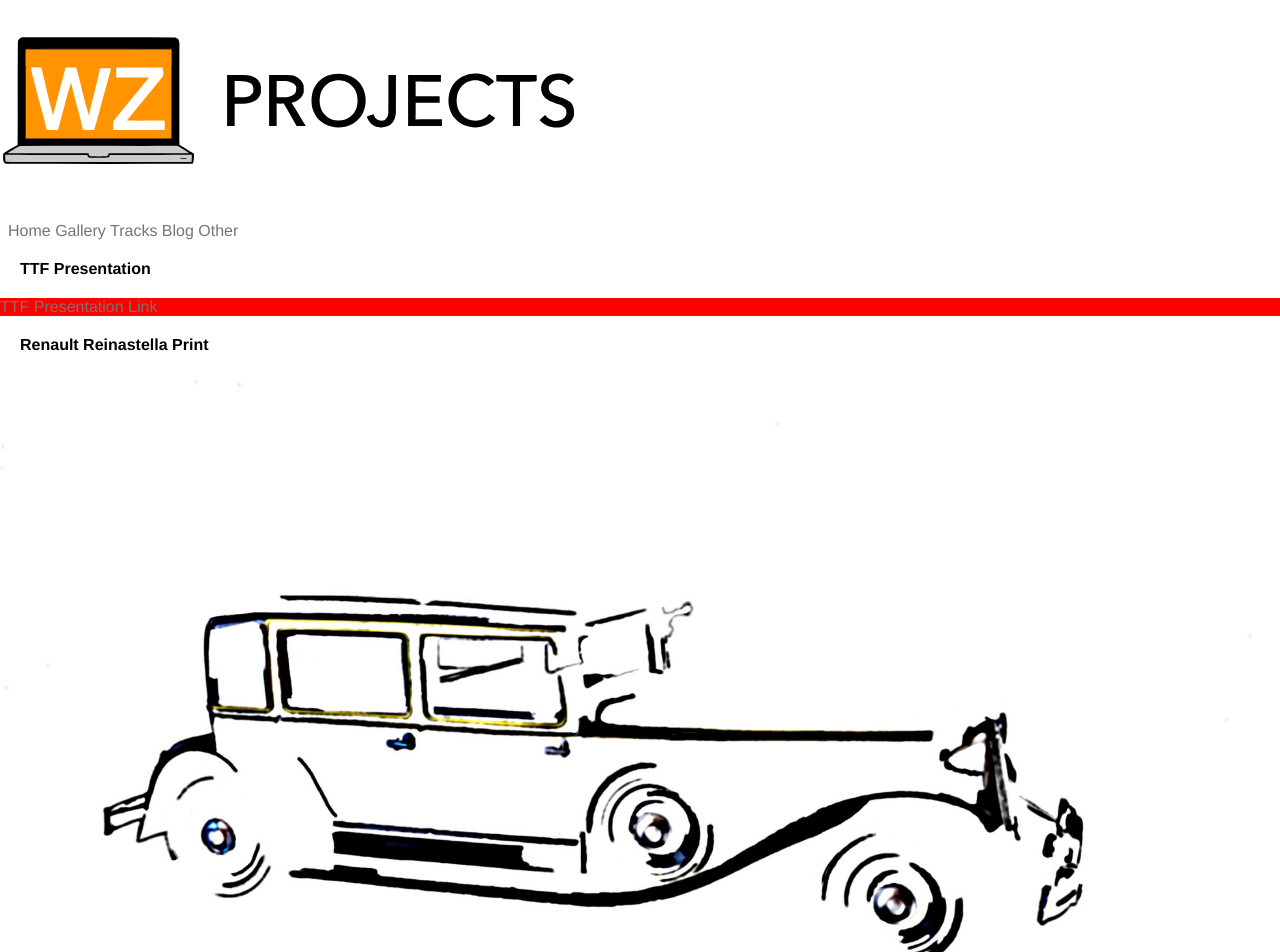
Repository: willzhang05/willzhang05.github.io-old
Page: index-old-backup.html
The author's editor kept a record of every edit. The page is drawn from the files as they stood at one moment, then again after the next edit.
The browser window is 1280 px wide. The pictures show the part of the page from y = 0 to 952 px (the page is 2382 px tall before and 2172 px after).

Above is the page before.

### index-old-backup.html
<!DOCTYPE html>
<html>
	<script type="text/javascript">
	</script>
	<head>
		<meta property="og:image" content="images/WZProjectslogo-vector.svg"/>
		<meta property="og:image:secure_url" content="images/WZProjectslogo-vector.svg"/>
		<meta charset="UTF-8">
		<meta name="description" content="William Zhang Projects">
		<meta name="author" content="William Zhang">

		<link rel="icon" type="image/png" href="https://www.blogger.com/favicon-image.g?blogID=6274754737357801226">
		<link rel="stylesheet" href="main-style.css">
		<link rel="import" href="bower_components/polymer/polymer.html">
		<link rel="import" href="bower_components/paper-ripple/paper-ripple.html">
		<link rel="import" href="bower_components/core-icons/core-icons.html">
		<link rel="import" href="bower_components/font-roboto/roboto.html">
		<link rel="import" href="bower_components/paper-menu-button/paper-menu-button.html">
		<link rel="import" href="bower_components/paper-dropdown/paper-dropdown.html">
		<link rel="import" href="bower_components/paper-elements/paper-elements.html">
		<link rel="import" href="bower_components/core-menu/core-menu.html">
		<link rel="import" href="bower_components/core-dropdown-menu/core-dropdown-menu.html">
		<link rel="import" href="bower_components/paper-shadow/paper-shadow.html">
	</head>
	<title>Home - WZProjects</title>
	<body>
		<div class="header">
			<a href="http://willzhang05.github.io">
				<div class="logo">
					<img src="images/WZProjectslogo-vector.svg" width="640" height="200" alt="WZProjects"/>
				</div>
			</a>
		</div>
		<br/>
		<paper-shadow z="1">
			<div class="topbanner">
				<paper-menu-button>
					<paper-icon-button style="margin:4px;" icon="menu" role="button" tabindex="0" aria-label="menu">
						<paper-ripple></paper-ripple>
					</paper-icon-button>
					<paper-dropdown class="dropdown">
							<paper-item>
								<a class="links" href="http://willzhang05.github.io">
									Home
								</a>
							</paper-item>
							<paper-item>
								<a class="links" href="gallery.html">
									Gallery
								</a>
							</paper-item>
							<paper-item>
								<a class="links" href="tracks.html">
									Tracks
								</a>
							</paper-item>
							<paper-item>
								<a class="links" href="http://thewiztechblog.blogspot.com/">
									Blog
								</a>
							</paper-item>
							<paper-item>
								<a class="links" href="other.html">
									Other
								</a>
							</paper-item>
					</paper-dropdown>
				</paper-menu-button>
			</div>
		</paper-shadow>
		<!--<paper-shadow class="shadow" z="0" animated>-->
		<paper-shadow z="1">
			<div class="content">
				<h1 style="padding:15px;">TTF Presentation</h1>
				<div style="background-color:red; border:none;">
					<a class="source" href="http://willzhang05.github.io/bower_components/impress.js/">
						<paper-item>
							TTF Presentation Link
						</paper-item>
					</a>
				</div>
			</div>
		</paper-shadow>
		<paper-shadow z="1">
			<div class="content">
				<h1 style="padding:15px;">Renault Reinastella Print</h1>
				<div class="image">
					<img src="images/renault-reinastella-print-optimized.jpg" width="97.8%" height="55%" alt="Renault Reinastella Print"/>
				</div>
				<div style="padding:15px;">
					<span>
						Made with Adobe Photoshop CS2.
						<br />
						This work is licensed under a
						<a class="source" rel="license" href="http://creativecommons.org/licenses/by/4.0/" target="_blank">Creative Commons Attribution 4.0 International License</a>.
					</span>
				</div>
			</div>
		</paper-shadow>
		<paper-shadow z="1">
			<div class="content">
				<h1 style="padding:15px;">Saints Row IV Gameplay</h1>
				<div class="video">
					<iframe width="100%" height="360px" style="border:none;" src="https://www.youtube.com/embed/M_jKscIiPVo?rel=0&fs=1" webkitallowfullscreen mozallowfullscreen allowfullscreen>
					</iframe>
				</div>
				<div style="padding:15px;">
					<span>
						Professor Genki's Mind Over Murder, a minigame within Saints Row IV.
					</span>
				</div>
			</div>
		</paper-shadow>
		<paper-shadow z="1">
			<div class="content">
				<h1 style="padding:15px;">BeamNG.drive Gameplay</h1>
				<div class="video">
					<iframe width="100%" height="360px" style="border:none;" src="https://www.youtube.com/embed/0Np-dQfyBwY?rel=0&fs=1" webkitallowfullscreen mozallowfullscreen allowfullscreen>
					</iframe>
				</div>
				<div style="padding:15px;">
					<span>This game is still in early development. Visit the website here:
						<a class="source" href="http://beamng.com/" target="_blank">BeamNG.drive</a>.
					</span>
				</div>
			</div>
		</paper-shadow>
		<!--</paper-shadow>-->
		<paper-shadow z="1">
			<div class="content">
				<paper-item>
					<canvas id="myCanvas" class="test">
					</canvas>
					<script>

					</script>
				</paper-item>
			</div>
		</paper-shadow>
		<div class="footer">
			<div class="categories">
				<paper-shadow z="1">
					<paper-item style="width:20%; float:left; text-align:center;">
						<a class="links" href="http://willzhang05.github.io">
							Home
						</a>
					</paper-item>
					<paper-item style="width:20%; float:left; text-align:center;">
						<a class="links" href="gallery.html">
							Gallery
						</a>
					</paper-item>
					<paper-item style="width:20%; float:left; text-align:center;">
						<a class="links" href="tracks.html">
							Tracks
						</a>
					</paper-item>
					<paper-item style="width:20%; float:left; text-align:center;">
						<a class="links" href="http://thewiztechblog.blogspot.com">
							Blog
						</a>
					</paper-item>
					<paper-item style="width:20%; float:left; text-align:center;">
						<a class="links" href="other.html">
							Other
						</a>
					</paper-item>
				</paper-shadow>
			</div>
			<paper-shadow z="1">
				<div class="attribution">
					<br/>
					<span style="margin-left:15px; display:inline-block;">
						Polymer Web Components used under the
						<a class="source" href="http://polymer.github.io/LICENSE.txt" target="_blank">BSD license</a>.
						Material Design components available here:
						<a class="source" href="http://www.polymer-project.org/" target="_blank">Polymer Project</a>.
					</span>
				</div>
			</paper-shadow>
		</div>
	</body>
</html>

### main-style.css
/*http://meyerweb.com/eric/tools/css/reset/*/

html, body, div, span, applet, object, iframe,
h2, h3, h4, h5, h6, p, blockquote, pre,
a, abbr, acronym, address, big, cite, code,
del, dfn, em, img, ins, kbd, q, s, samp,
small, strike, strong, sub, sup, tt, var,
b, u, i, center,
dl, dt, dd, ol, ul, li,
fieldset, form, label, legend,
table, caption, tbody, tfoot, thead, tr, th, td,
article, aside, canvas, details, embed,
figure, figcaption, footer, header, hgroup,
menu, nav, output, ruby, section, summary,
time, mark, audio, video {
    margin: 0;
    padding: 0;
    border: 0;
    font-size: 100%;
    font: inherit;
    vertical-align: baseline;
}

body {
	width: 100%;
	font-family: RobotoDraft, Helvetica Neue, Helvetica, sans-serif;
	-webkit-user-select: none;
    -moz-user-select: none;
    -ms-user-select: none;
    user-select: none;
    -webkit-tap-highlight-color: rgba(0,0,0,0);
    -webkit-touch-callout: none;
}

a {
	color: #757575;
	text-decoration: none;
	-webkit-transition: all 0.2s ease;
  	-moz-transition: all 0.2s ease;
  	-ms-transition: all 0.2s ease;
  	-o-transition: all 0.2s ease;
   	transition: all 0.2s ease;
}

.links:hover {
	color: black;
	font-weight: bold;
}

.source:hover {
	color: black;
	text-decoration: underline;
}

h1 {
	font-size: 16px;
	margin: 5px;
}

iframe {
	display: block;
	width: 100%;
	border: none;
}

#drawer {
	position: absolute;
	z-index: 1;
	background-color: #D4D4D4;
}

#drawer > paper-item > .links {
	margin-left:15px;
}


#wrapper {
	min-height: 100%;
	position: relative;
	overflow-y:scroll;
    z-index: 0;
    top: 0;
    left: 0;
    -webkit-transition: all 0.3s;
    -moz-transition: all 0.3s;
    -ms-transition: all 0.3s;
    -o-transition: all 0.3s;
    transition: all 0.3s;
}

#header-wrapper {
	height:268px;
	/*background:linear-gradient(#FF6D00, rgb(57,117,215));*/
}

#header-banner {
	min-width:100%;
	height: 220px;
	float: left;
	clear: both;
	background-color: rgb(57,117,215);
}

#logo-wrapper {
	max-width:640px;
	height:100%;
}

#header-navbar {
	min-width:100%;
	height: 48px;
	float:left;
	clear: both;
	background-color:#D4D4D4 /*#1976D2*/;
	/*-webkit-box-shadow: 0 0 6px rgba(0,0,0,0.1);
	box-shadow: 0 0 6px rgba(0,0,0,0.1);*/
}

.sidebar {
	height: 500px;
	float: left;
	margin-bottom: 0px;
	background-color: #EEEEEE;
	/*-webkit-box-shadow: 0 0 6px rgba(0,0,0,0.1);
	box-shadow: 0 0 6px rgba(0,0,0,0.1);*/
	overflow-y: auto;
	position: relative;
}

#content {
	overflow: hidden;
	padding-top: 10px;
   	padding-bottom: 148px;
}

.card {
	cursor: pointer;
	width: 70%;
	margin-top: 2%;
	margin-bottom: 2%;
	margin-left: 15%;
	float: left;
	overflow: hidden;
	background-color: #EEEEEE;
	-webkit-box-shadow: 0 0 6px rgba(0,0,0,0.1);
	-moz-box-shadow: 0 0 6px rgba(0,0,0,0.1);
	box-shadow: 0 0 6px rgba(0,0,0,0.1);
	-webkit-transition: all 0.3s ease;
  	-moz-transition: all 0.3s ease;
  	-ms-transition: all 0.3s ease;
  	-o-transition: all 0.3s ease;
   	transition: all 0.3s ease;

}

.card > h1 {
	padding: 15px;
}

.card:hover {
	-webkit-box-shadow: 0 2px 10px 0 rgba(0, 0, 0, 0.16), 0 2px 5px 0 rgba(0, 0, 0, 0.26);
	-moz-box-shadow: 0 2px 10px 0 rgba(0, 0, 0, 0.16), 0 2px 5px 0 rgba(0, 0, 0, 0.26);
	box-shadow: 0 2px 10px 0 rgba(0, 0, 0, 0.16), 0 2px 5px 0 rgba(0, 0, 0, 0.26);
	margin-top: 1.75%;
	margin-bottom: 2.25%;
}

.card .description {
	padding: 15px;
}

.card .image, .render, .video, .music {
	min-height: 300px;
	padding-left: 7.5%;
	padding-right: 7.5%;
	border: none;
}

#footer {
	width: 100%;
	height: 148px;
	overflow: hidden;
	clear: both;
	bottom: 0;
	left: 0;
}

.categories {
	width: 100%;
	height: 48px;
	overflow: hidden;
	background-color: #D4D4D4;
	/*-webkit-box-shadow: 0 0 6px rgba(0,0,0,0.1);
	box-shadow: 0 0 6px rgba(0,0,0,0.1);*/
	/*position:fixed;
	top:95%;*/
}

.attribution {
	width: 100%;
	height: 100px;
	overflow: hidden;
	background-color: #424242;
	color: #EEEEEE;
	text-align: center;
}

After the next edit:
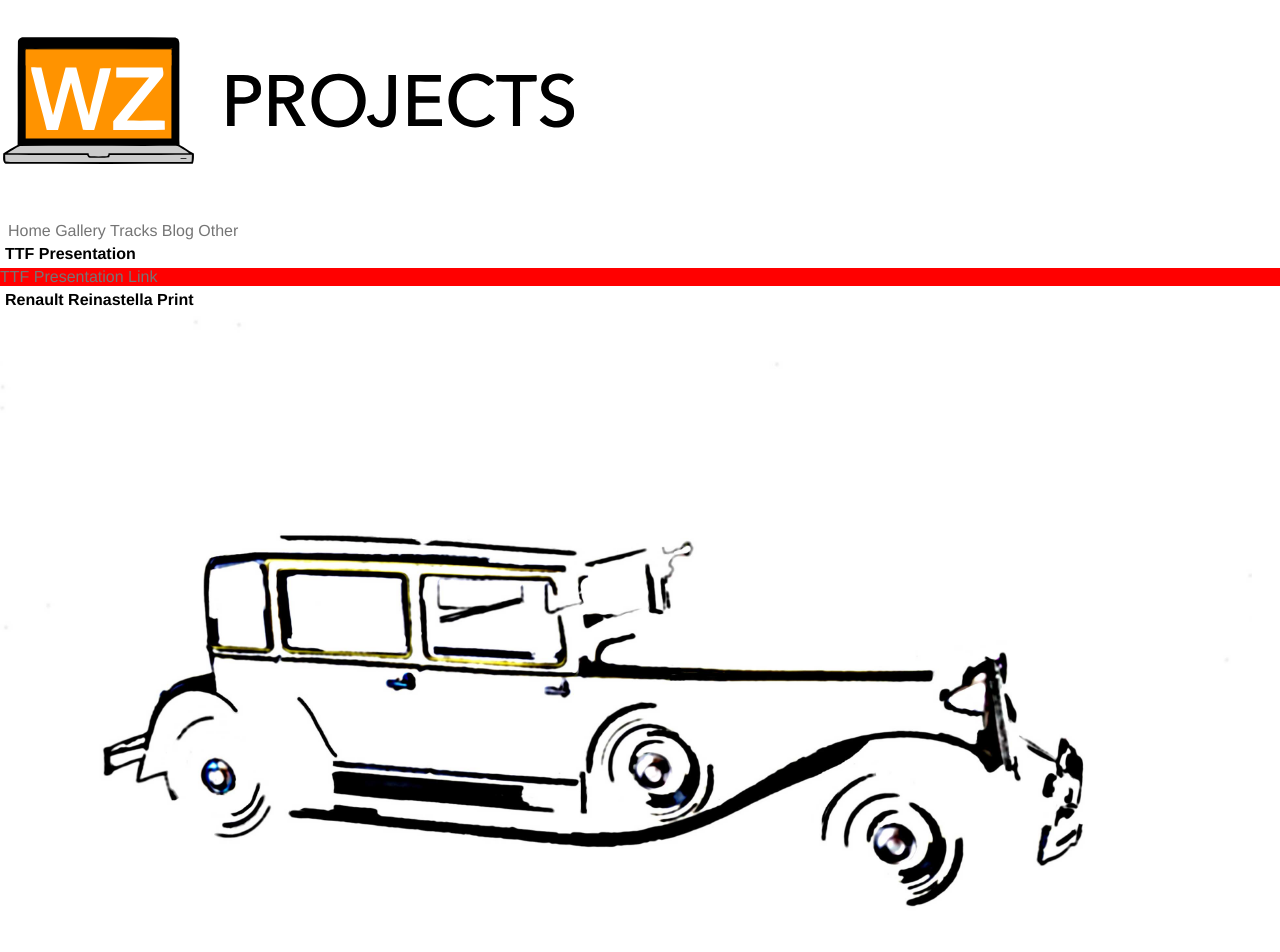
The edit:
--- a/index-old-backup.html
+++ b/index-old-backup.html
@@ -71,7 +71,7 @@
 		<!--<paper-shadow class="shadow" z="0" animated>-->
 		<paper-shadow z="1">
 			<div class="content">
-				<h1 style="padding:15px;">TTF Presentation</h1>
+				<h1>TTF Presentation</h1>
 				<div style="background-color:red; border:none;">
 					<a class="source" href="http://willzhang05.github.io/bower_components/impress.js/">
 						<paper-item>
@@ -83,11 +83,11 @@
 		</paper-shadow>
 		<paper-shadow z="1">
 			<div class="content">
-				<h1 style="padding:15px;">Renault Reinastella Print</h1>
+				<h1>Renault Reinastella Print</h1>
 				<div class="image">
 					<img src="images/renault-reinastella-print-optimized.jpg" width="97.8%" height="55%" alt="Renault Reinastella Print"/>
 				</div>
-				<div style="padding:15px;">
+				<div class="description">
 					<span>
 						Made with Adobe Photoshop CS2.
 						<br />
@@ -99,12 +99,12 @@
 		</paper-shadow>
 		<paper-shadow z="1">
 			<div class="content">
-				<h1 style="padding:15px;">Saints Row IV Gameplay</h1>
+				<h1>Saints Row IV Gameplay</h1>
 				<div class="video">
 					<iframe width="100%" height="360px" style="border:none;" src="https://www.youtube.com/embed/M_jKscIiPVo?rel=0&fs=1" webkitallowfullscreen mozallowfullscreen allowfullscreen>
 					</iframe>
 				</div>
-				<div style="padding:15px;">
+				<div class="description">
 					<span>
 						Professor Genki's Mind Over Murder, a minigame within Saints Row IV.
 					</span>
@@ -113,12 +113,12 @@
 		</paper-shadow>
 		<paper-shadow z="1">
 			<div class="content">
-				<h1 style="padding:15px;">BeamNG.drive Gameplay</h1>
+				<h1>BeamNG.drive Gameplay</h1>
 				<div class="video">
 					<iframe width="100%" height="360px" style="border:none;" src="https://www.youtube.com/embed/0Np-dQfyBwY?rel=0&fs=1" webkitallowfullscreen mozallowfullscreen allowfullscreen>
 					</iframe>
 				</div>
-				<div style="padding:15px;">
+				<div class="description">
 					<span>This game is still in early development. Visit the website here:
 						<a class="source" href="http://beamng.com/" target="_blank">BeamNG.drive</a>.
 					</span>
